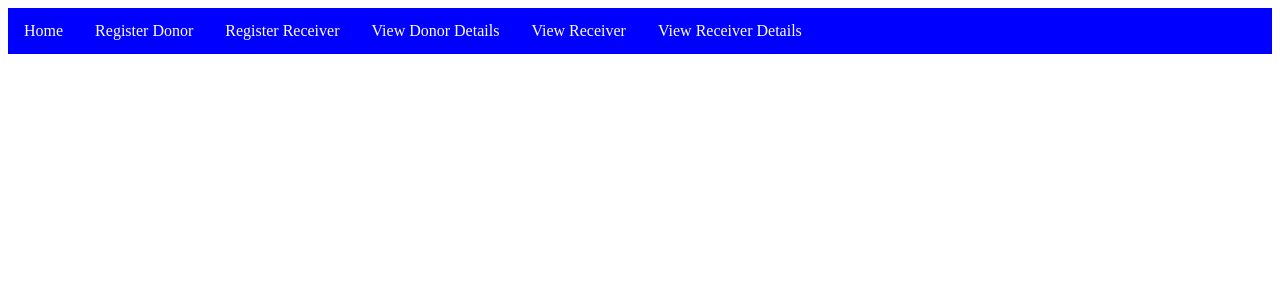
Repository: KarthikaShaja/Blood-Bank-Management-System
Page: http://localhost/ReceiverSpring/includes/menu.jsp
An editor plug-in stored every save of this project. The page is shown before and after the next save, followed by the edit.
The browser window is 1280 px wide. The pictures show the whole page.
The page is served by Tomcat 9.

Above is the page before, as saved 2019-12-07 10:38:59.

After the next save:
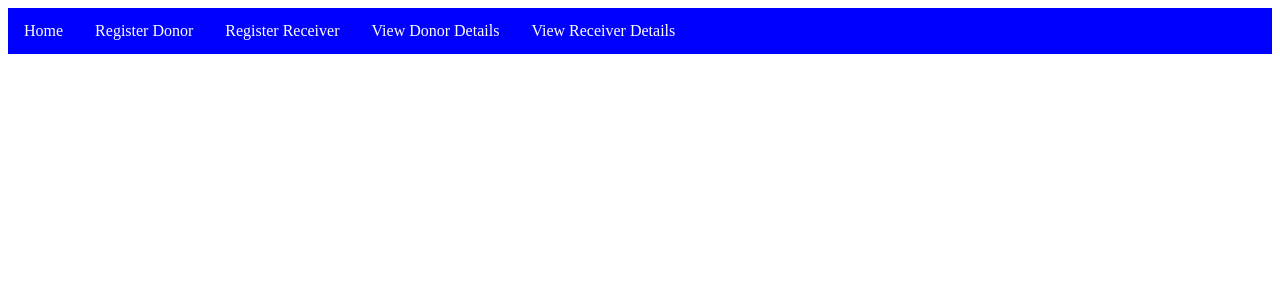
Saved 20 min 14 s later.
--- a/BBMS FullProject/project/ReceiverSpring/WebContent/includes/menu.jsp
+++ b/BBMS FullProject/project/ReceiverSpring/WebContent/includes/menu.jsp
@@ -36,12 +36,12 @@ li a:hover:not (.active ) {
 
 
 	<ol>
-		<li><a href="../Designs/index.jsp">Home</a></li>
-		<li><a href="../Blood/donor_add.jsp">Register Donor</a></li>
+		<li><a href="../../BloodBank/index.jsp">Home</a></li>
+		<li><a href="../../BloodBank/donor_add.jsp">Register Donor</a></li>
 		<li><a href="../Blood/receiver_add.jsp">Register Receiver</a></li>
 		<li><a href="../Blood/donor_view_all.jsp">View Donor Details</a></li>
 		<li><a href="../Blood/receiver_view_all.jsp">View Receiver
-		<li><a href="../Test/NewFile.jsp">View Receiver
+
 
 				Details</a></li>
 	</ol>
